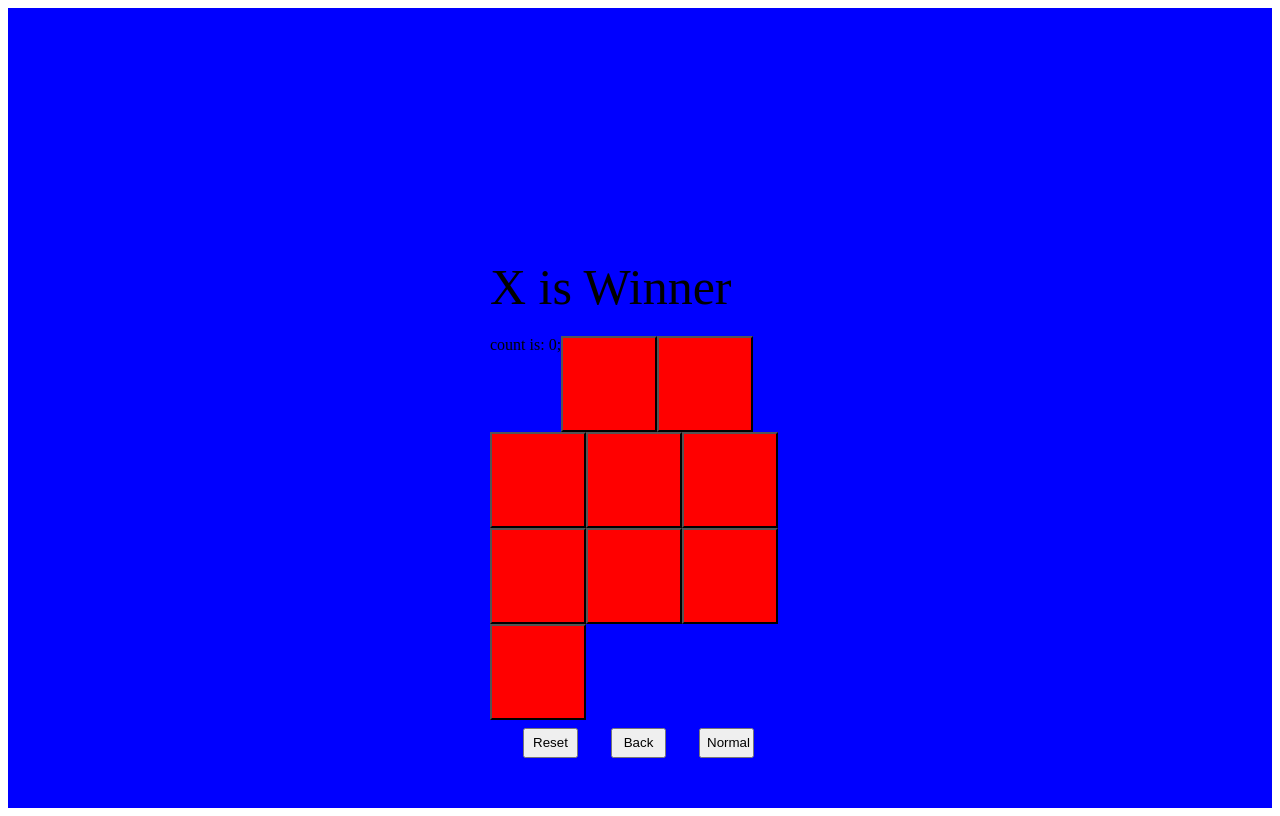
Repository: Mush-s/Folio-OX
Page: /
The author's editor kept a copy of each file at every save. The page is drawn from the files as they stood at one save, then again after the next save.
The browser window is 1280 px wide. The pictures show the whole page.
The project was rebuilt for these pictures with package versions that can differ from the ones it lists, and the page was loaded fresh each time.

Above is the page before, as saved 2022-09-02 11:14:00.

### src/index.js
import { createRoot } from "react-dom/client";
import App from "./App";
const container = document.getElementById("root");
const root = createRoot(container);
root.render(<App />);

### src/App.js
import "./App.css";
import Game from "./Game/Game";

const App = () => {
  return (
    <div className="app">
      <Game />
    </div>
  );
};

export default App;

### src/App.css
.app {
  position: relative;
  height: 50em;
  background-color: blue;
}

### src/Game/Game.js
import { useEffect, useState } from "react";
import Cell from "./Cell";
import { Pattern } from "../Patterns/Pattern";
import GameOver from "../GameOver/GameOver";

import "./Game.css";

const Game = () => {
  const [player, setPlayer] = useState("O");
  const [countDown, setCountDown] = useState(8);
  const [gameOver, setGameOver] = useState(false);
  const [result, setResult] = useState();
  const [mode, setMode] = useState("Normal");
  const [time, setTime] = useState(5);

  const [cellValues, setCellValues] = useState([
    "",
    "",
    "",
    "",
    "",
    "",
    "",
    "",
    "",
  ]);

  useEffect(() => {
    checkWin();
  });

  let timer;
  const updataCount = () => {
    timer = setInterval(() => {
      setTime((preC) => preC - 1);
    }, 1000);

    if (time === 0) {
      clearInterval(timer);
      if (player === "O") {
        setResult("X is Winner");
      }
      if (player === "X") {
        setResult("O is Winner");
      }
    }
  };

  useEffect(() => {
    updataCount();
    console.log(time);
    return () => clearInterval(timer);
  });

  useEffect(() => {
    setTime(5);
  }, [player]);

  const isCellEmpty = (index) => cellValues[index] === "";

  //Cell Clicked ここから

  const clickHandler = (index) => {
    if (isCellEmpty(index)) {
      setCountDown(countDown - 1);
      const newCellValues = [...cellValues];
      newCellValues[index] = player;
      setCellValues(newCellValues);

      if (player === "O") {
        setPlayer("X");
      } else {
        setPlayer("O");
      }

      if (countDown === 0) {
        setGameOver(true);
        setResult("引き分けです");
      }
      // Repaint mode 処理
    } else {
      if (mode === "Repaint") {
        setCountDown(countDown - 1);
        const newCellValues = [...cellValues];
        newCellValues[index] = player;
        setCellValues(newCellValues);

        if (player === "O") {
          setPlayer("X");
        } else {
          setPlayer("O");
        }
      }
      setMode("Normal");
    }
  };

  //Reset Button ここから

  const resetHandler = () => {
    setPlayer("O");
    setCountDown(8);
    setCellValues(["", "", "", "", "", "", "", "", ""]);
    setResult();
  };

  //Back button ここから

  const backHandler = () => {
    // setCountDown(countDown + 1);
    // const backedValues = [...cellValues]
    // setCellValues(backedValues)
    // if (player === "O") {
    //   setPlayer("X");
    // } else {
    //   setPlayer("O");
    // }
  };

  //Change button ここから

  const ChangeHandler = () => {
    if (mode === "Normal") {
      setMode("Repaint");
    }
    if (mode === "Repaint") {
      setMode("Normal");
    }
  };
  //勝ち負け判定

  const checkWin = () => {
    Pattern.forEach((currPa) => {
      const firstPlayer = cellValues[currPa[0]];
      if (firstPlayer === "") return;
      console.log(cellValues[currPa[0]]);
      let foundWiiningPattern = true;
      currPa.forEach((i) => {
        if (cellValues[i] !== firstPlayer) {
          foundWiiningPattern = false;
        }
      });

      if (foundWiiningPattern) {
        if (player === "O") {
          setResult("X is Winner");
          setGameOver(true);
        } else {
          setResult("O is Winner");
          setGameOver(true);
        }
      }
    });
  };
  return (
    <div className="game">
      <div className="result">{result}</div>
      <div className="timer">count is: {time}</div>;
      {cellValues.map((value, index) => (
        <Cell key={index} value={value} onClick={() => clickHandler(index)} />
      ))}
      <GameOver
        mode={mode}
        onClick={resetHandler}
        onBack={backHandler}
        onChange={ChangeHandler}
      />
    </div>
  );
};

export default Game;

### src/Game/Cell.js
import "./Cell.css";

const Cell = (props) => {
  return (
    <div className="cell flat border">
      <button onClick={props.onClick}>{props.value}</button>
    </div>
  );
};

export default Cell;

### src/Patterns/Pattern.js
export const Pattern = [
  [0, 1, 2],
  [3, 4, 5],
  [6, 7, 8],
  [0, 3, 6],
  [1, 4, 7],
  [2, 5, 8],
  [0, 4, 8],
  [2, 4, 6],
];

### src/GameOver/GameOver.js
import "./GameOver.css";

const GameOver = (props) => {
  return (
    <div className="gameover">
      <button onClick={props.onClick}>Reset</button>
      <button onClick={props.onBack}>Back</button>
      <button className="changeMode" onClick={props.onChange}>
        {props.mode}
      </button>
    </div>
  );
};

export default GameOver;

### src/Game/Game.css
.game {
  position: absolute;
  top: 50%;
  left: 50%;
  margin-right: -50%;
  transform: translate(-50%, -50%);
  height: 300px;
  width: 300px;
  display: flex;
  flex-wrap: wrap;
}

.game .result {
  font-size: 50px;
  margin-bottom: 20px;
}

### src/Game/Cell.css
.cell {
    height: 32%;
    width: 32%;
}
.cell button{
  width:100%;
  height:100%;
  color:aqua;
  background-color: red;
}


  .flat.border:hover {
    background: #ff9300;
    color: #fff;
  }
  .flat.border:active, .flat.border:focus {
    top: 2px;
  }

### src/GameOver/GameOver.css
.gameover {
  text-align: center;
  font-size: 30px;
}

.gameover button {
  width: 55px;
  height: 30px;
  margin-left: 33px;
}

Loaded but not shown: public/index.html (common file)

After the next save:
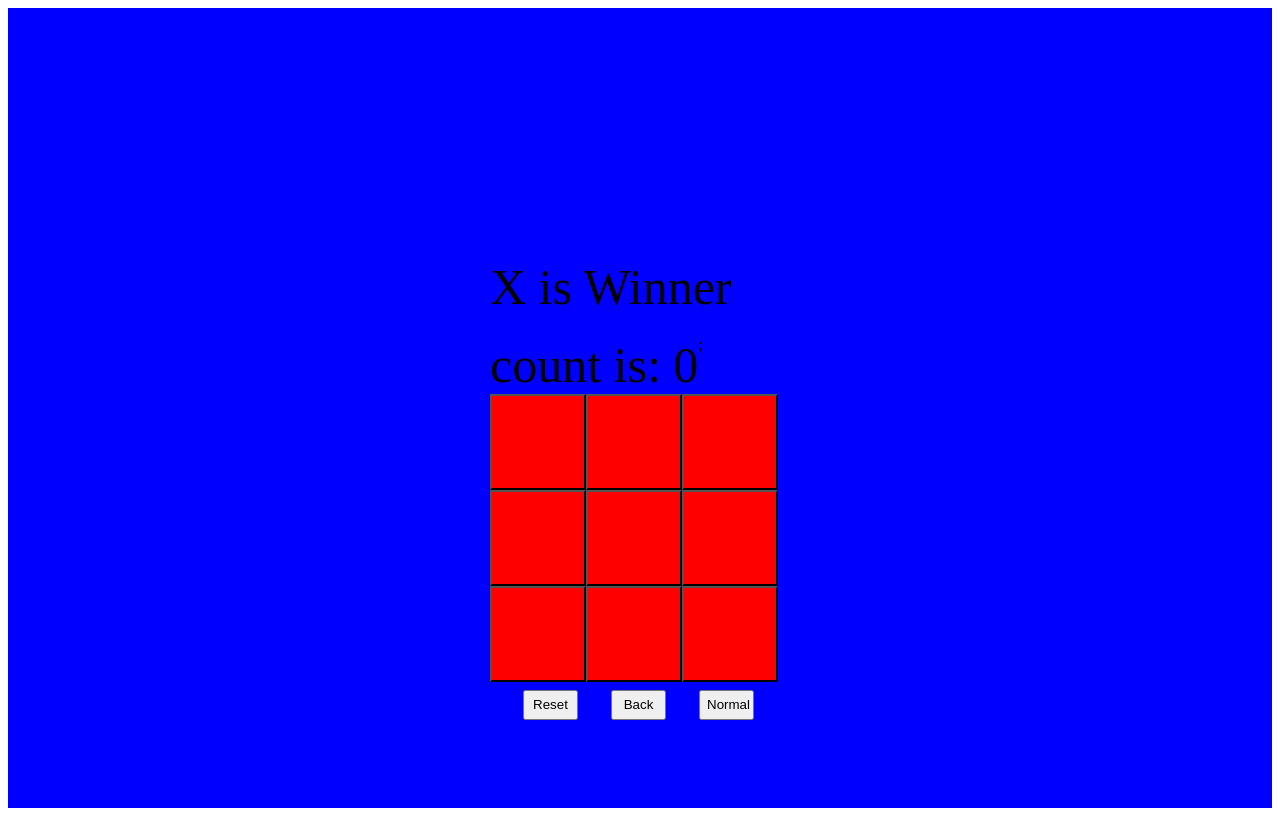
Saved 21 s later.
--- a/src/Game/Game.css
+++ b/src/Game/Game.css
@@ -14,3 +14,7 @@
   font-size: 50px;
   margin-bottom: 20px;
 }
+
+.game .timer{
+  font-size:50px;
+}
